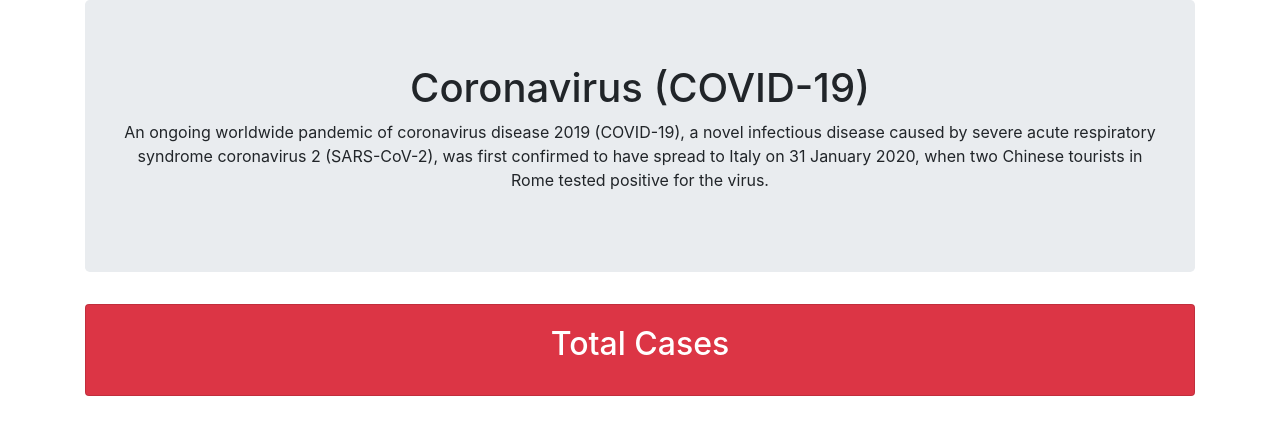
Repository: ahmadsaadkhan/react-covid-app
Page: /
An editor plug-in stored every save of this project. The page is shown before and after the next save, followed by the edit.
The browser window is 1280 px wide. The pictures show the whole page.
The page's requests for data from a server got no answer. The project was rebuilt for these pictures with package versions that can differ from the ones it lists, and the page was loaded fresh each time. No one was signed in, and anything a server would have sent is missing.

Above is the page before, as saved 2021-04-19 15:54:45.

After the next save:
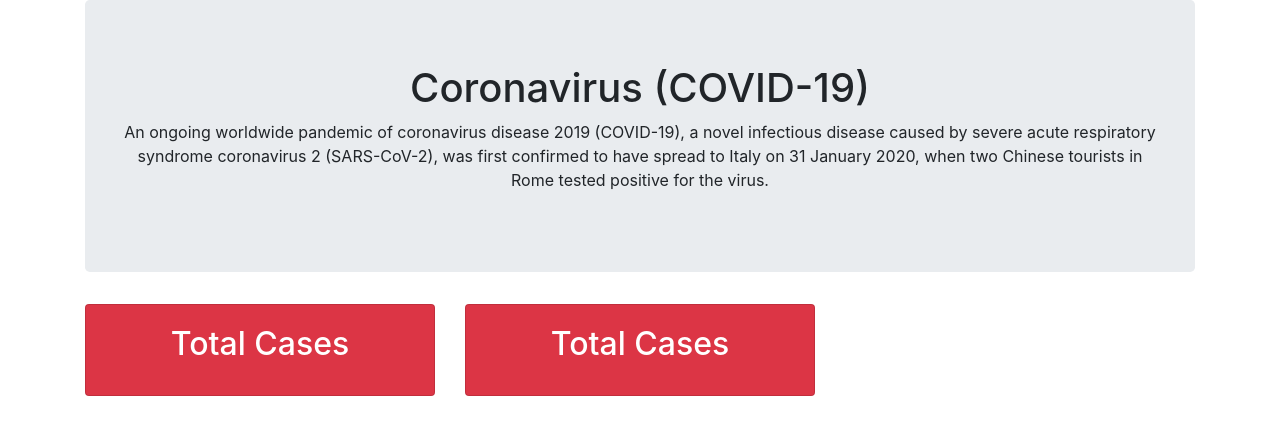
Saved 72 s later.
--- a/src/App.js
+++ b/src/App.js
@@ -40,10 +40,22 @@ function App() {
           <h1>Coronavirus (COVID-19)</h1>
           <p>An ongoing worldwide pandemic of coronavirus disease 2019 (COVID-19), a novel infectious disease caused by severe acute respiratory syndrome coronavirus 2 (SARS-CoV-2), was first confirmed to have spread to Italy on 31 January 2020, when two Chinese tourists in Rome tested positive for the virus.</p>
         </div>
-        <div className="card text-white bg-danger mb-3">
-          <div className="card-body">
-            <h2 className="card-title"> Total Cases</h2>
-            <p className="card-text h3">{Covid_Data && Covid_Data[0].TotalCases}</p>
+        <div className="row">
+          <div className="col-md-4">
+            <div className="card text-white bg-danger mb-3">
+              <div className="card-body">
+                <h2 className="card-title"> Total Cases</h2>
+                <p className="card-text h3">{Covid_Data && Covid_Data[0].TotalCases}</p>
+              </div>
+            </div>
+          </div>
+          <div className="col-md-4">
+            <div className="card text-white bg-danger mb-3">
+              <div className="card-body">
+                <h2 className="card-title"> Total Cases</h2>
+                <p className="card-text h3">{Covid_Data && Covid_Data[0].TotalCases}</p>
+              </div>
+            </div>
           </div>
         </div>
 
